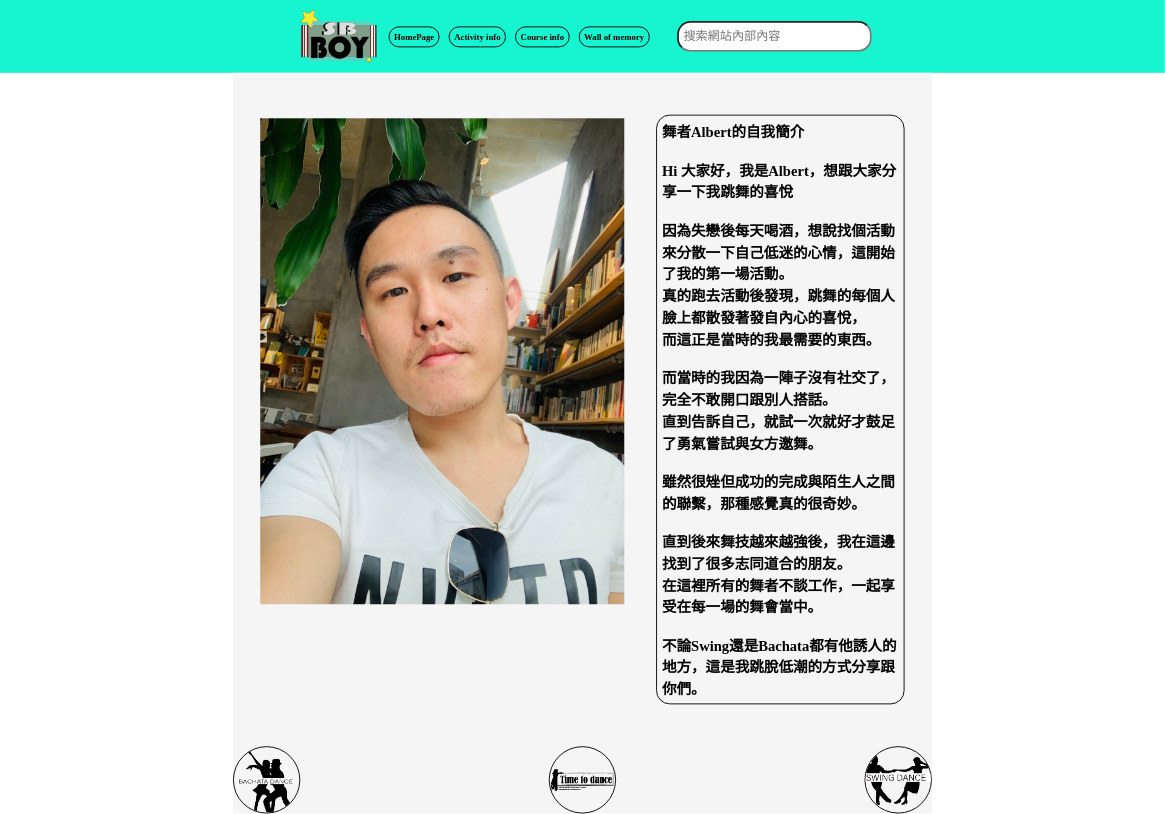
Repository: AlbertKoii/0718_Learning_Javascript
Page: aboutme/aboutme_try.html
An editor plug-in stored every save of this project. The page is shown before and after a run of saves, followed by the edit.
The browser window is 1280 px wide. The pictures show the whole page, at 91% of full size.

Above is the page before, as saved 2023-07-26 13:36:31.
Not found: aboutme/script.js

### aboutme/aboutme_try.html
<!DOCTYPE html>
<html lang="en">
<head>
    <meta charset="UTF-8">
    <meta name="viewport" content="width=device-width, initial-scale=1.0">
    <link rel="stylesheet" href="aboutme.try.css">
    <title>About me</title>
</head>
<body>
    <!-- 第一層 -->
    <div class="search-bar">
        <img class="logo" src="../img/logo.png" alt="圖片">
        <div class="links">
            <a class="link" href="../index.html">HomePage</a>
            <a class="link" href="./Activity info/ActivityInfo.html">Activity info</a>
            <a class="link" href="./CourseInfo/Courseinfo.html">Course info</a>
            <a class="link" href="./WallOfMemory.html/WallOfMemory.html">Wall of memory</a>
        </div>
        <div class="search">
            <input type="text" placeholder="搜索網站內部內容">
        </div>
    </div>

    <!-- 第二層 -->
    <div class="content">
        <div class="left">
            <img src="../img/Myhead.jpg" alt="個人照片">
        </div>
        <div class="right">
            <p style="font-size: 16px"><b>舞者Albert的自我簡介</b><b>
            <br><br>
            Hi 大家好，我是Albert，想跟大家分享一下我跳舞的喜悅<br>
            <br>
            因為失戀後每天喝酒，想說找個活動來分散一下自己低迷的心情，這開始了我的第一場活動。<br>
            真的跑去活動後發現，跳舞的每個人臉上都散發著發自內心的喜悅，<br>
            而這正是當時的我最需要的東西。<br>
            <br>
            而當時的我因為一陣子沒有社交了，完全不敢開口跟別人搭話。<br>
            直到告訴自己，就試一次就好才鼓足了勇氣嘗試與女方邀舞。<br>
            <br>
            雖然很矬但成功的完成與陌生人之間的聯繫，那種感覺真的很奇妙。<br>
            <br>
            直到後來舞技越來越強後，我在這邊找到了很多志同道合的朋友。<br>
            在這裡所有的舞者不談工作，一起享受在每一場的舞會當中。<br>
            <br>
            不論Swing還是Bachata都有他誘人的地方，這是我跳脫低潮的方式分享跟你們。</b>
            </p>
        </div>
    </div>

    <!-- 第三層 -->
    <div class="Icon">
        <img src="../img/BachataDanceIcon.png" alt="圖片1">
        <img src="../img/DanceIcon_01.png" alt="圖片2">
        <img src="../img/SwingDanceIcon.png" alt="圖片3">
    </div>

    <script src="script.js" defer></script>
</body>
</html>

### aboutme/aboutme.try.css
*{
    position: relative;
    font-family: 微軟正黑體;
}

html, body{
    padding: 0px;
    margin: 0px;

}
/* 第一層樣式 */
.search-bar {
    display: flex;
    align-items: center;
    justify-content:center;
    padding: 10px;
    text-overflow: ellipsis;
    background-color: #16F4D0;
}

.search-bar input {
    width: 200px;
    height: 3vh;
    padding: 5px;
    position: relative;
}
.logo{
    width: 100px;
}
.links {
    font-size: .6em;
    display: flex;
    white-space: nowrap;
}

.link {
    margin: 0 5px;
    padding: 5px;
    cursor: pointer;
    border-radius: 15px;
    border: solid .4px black;
    text-decoration: none;
    color: black;
    font-weight:700
}

.search{
    margin-left: 2%;
}

.search input{
    border-radius: 15px;
    height: 20px;
}
/* 第二層樣式 */
.content {
    display: flex;
    padding: 20px;
    background-color: #f5f5f5;
    text-overflow: ellipsis;
}

.content{
    margin-left:20%;
    margin-right: 20%;
    padding: 30px;
}

.left img {
    width: 400px;
    margin-top: 20px;
    height: auto;
    object-fit: cover;
}
.right {
    width: 70%;
    margin-left: 5%;

    }
.right p{
    border: 1px solid black;
    border-radius: 15px;
    padding: 5px;
}


/* 第三層樣式 */
.Icon {
    display: flex;
    margin-left:20%;
    margin-right: 20%;
    justify-content: space-between;
    background-color: #f5f5f5;
}
.Icon img{
    height: 10vh;
    width: auto;
    padding: auto;
    border: 1px solid black;
    border-radius: 100%;
}

After the next 2 saves:
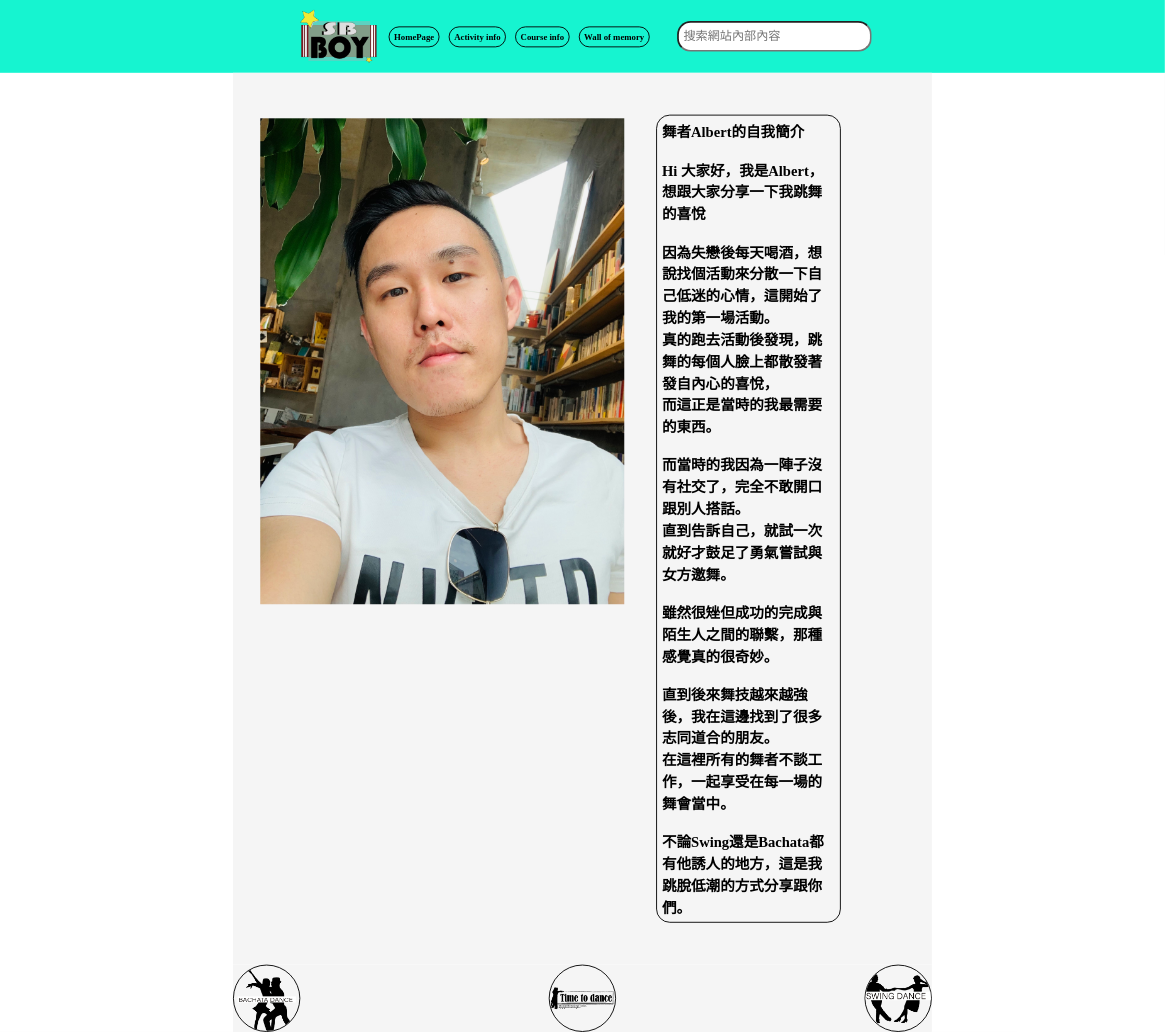
The 2 saves are shown as one change because they came seconds apart.
The last was saved 7 s later.
--- a/aboutme/aboutme.try.css
+++ b/aboutme/aboutme.try.css
@@ -73,7 +73,7 @@
     object-fit: cover;
 }
 .right {
-    width: 70%;
+
     margin-left: 5%;
 
     }
@@ -81,6 +81,7 @@
     border: 1px solid black;
     border-radius: 15px;
     padding: 5px;
+    width: 70%;
 }
 
 

After the save that followed:
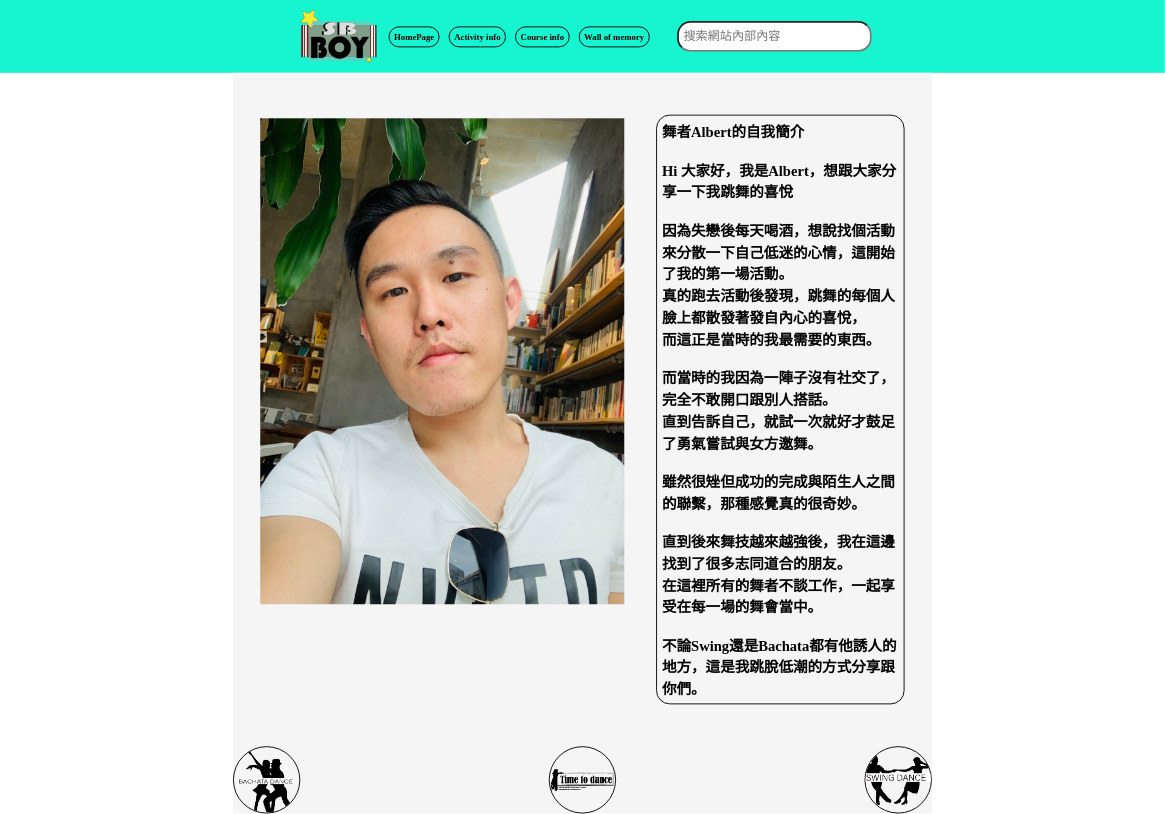
Saved 4 s later.
--- a/aboutme/aboutme.try.css
+++ b/aboutme/aboutme.try.css
@@ -73,7 +73,7 @@
     object-fit: cover;
 }
 .right {
-
+    width: 70%;
     margin-left: 5%;
 
     }
@@ -81,7 +81,6 @@
     border: 1px solid black;
     border-radius: 15px;
     padding: 5px;
-    width: 70%;
 }
 
 
